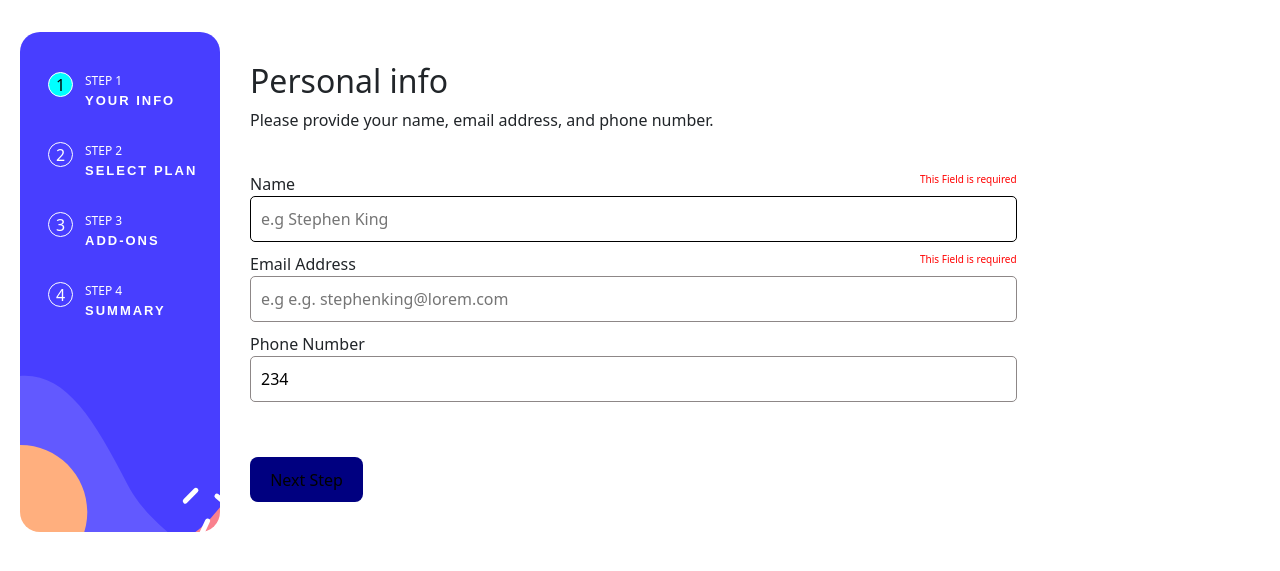
Repository: Celebration-cloud/Multi-Step-Form
Page: /
The author's editor kept a copy of each file at every save. The page is drawn from the files as they stood at one save, then again after a run of saves.
The browser window is 1280 px wide. The pictures show the whole page.
The project was rebuilt for these pictures with package versions that can differ from the ones it lists, and the page was loaded fresh each time. Also part of the build but not shown: vite.config.js, src/GoBack.jsx.

Above is the page before, as saved 2023-11-01 14:10:04.

### index.html
<!DOCTYPE html>
<html lang="en">
<head>
  <meta charset="UTF-8">
  <meta name="viewport" content="width=device-width, initial-scale=1.0"> <!-- displays site properly based on user's device -->

  <title>Multi-step form</title>
  <link href="https://cdn.jsdelivr.net/npm/bootstrap@5.0.2/dist/css/bootstrap.min.css" rel="stylesheet" integrity="sha384-EVSTQN3/azprG1Anm3QDgpJLIm9Nao0Yz1ztcQTwFspd3yD65VohhpuuCOmLASjC" crossorigin="anonymous">
  <!-- Feel free to remove these styles or customise in your own stylesheet 👍 -->
  <style>
    .attribution { font-size: 11px; text-align: center; }
    .attribution a { color: hsl(228, 45%, 44%); }
  </style>
</head>
<body>
  <div id="root"></div>
  <script src="https://cdn.jsdelivr.net/npm/@popperjs/core@2.9.2/dist/umd/popper.min.js" integrity="sha384-IQsoLXl5PILFhosVNubq5LC7Qb9DXgDA9i+tQ8Zj3iwWAwPtgFTxbJ8NT4GN1R8p" crossorigin="anonymous"></script>
  <script src="https://cdn.jsdelivr.net/npm/bootstrap@5.0.2/dist/js/bootstrap.min.js" integrity="sha384-cVKIPhGWiC2Al4u+LWgxfKTRIcfu0JTxR+EQDz/bgldoEyl4H0zUF0QKbrJ0EcQF" crossorigin="anonymous"></script>
  <script type="module" src="./src/main.jsx"></script>
</body>
</html>

### src/App.jsx
import { useState } from 'react'
import './App.css'
import "@fontsource/roboto/300.css";
import "@fontsource/roboto/400.css";
import "@fontsource/roboto/500.css";
import "@fontsource/roboto/700.css";
import Pagination from './Pagination/Pagination';
import Procedures from './Procedures/Procedures';
import { PersonalInfo, PickAddOns, SelectYourPlan } from "../src/Procedures/ProceduresList";


function App() {
  const [pages, setPages] = useState(1)
    const [pageDetail, setPageDetail] = useState([])

    const handleNext = () => {
        if(pages < 4)
        setPages(prev => prev + 1)
    }
    const handlePrev = () => {
        if(pages >= 1)
        setPages(prev => prev - 1)
    }
    const store = (slide1) => {
      setPageDetail(prev => [...prev, slide1])
    }
    const handleSubmit = (e, slide) => {
      e.preventDefault();
      handleNext()
      store(slide)
      console.log(pageDetail)
    };
    const slide = [
      <>
        <PersonalInfo store={store} handleSubmit={handleSubmit}/>
      </>,
      <>
        <SelectYourPlan />
      </>,
      <>
        <PickAddOns />
      </>,
    ];


  return (
    <div className="forming row">
      <div className="pagination col-md-2">
        <Pagination pages={pages} />
      </div>
      <div className="proceed col-sm-8">
        <Procedures
          handlePrev={handlePrev}
          handleSubmit={handleSubmit}
          slide={slide}
          pages={pages}
        />
      </div>
    </div>
  );
}

export default App

{/* <div>
     Sidebar start
    Step 1
  Your info

  Step 2
  Select plan

  Step 3
  Add-ons

  Step 4
  Summary

  Sidebar end

   Step 1 start

  Personal info
  Please provide your name, email address, and phone number.

  Name
  e.g. Stephen King

  Email Address
  e.g. stephenking@lorem.com

  Phone Number
  e.g. +1 234 567 890

  Next Step

  Step 1 end

   Step 2 start

  Select your plan
  You have the option of monthly or yearly billing.

  Arcade
  $9/mo

  Advanced
  $12/mo

  Pro
  $15/mo

  Monthly
  Yearly

  Go Back
  Next Step

  Step 2 end

   Step 3 start

  Pick add-ons
  Add-ons help enhance your gaming experience.

  Online service
  Access to multiplayer games
  +$1/mo

  Larger storage
  Extra 1TB of cloud save
  +$2/mo

  Customizable Profile
  Custom theme on your profile
  +$2/mo

  Go Back
  Next Step

   Step 3 end

  Step 4 start

  Finishing up
  Double-check everything looks OK before confirming.

   Dynamically add subscription and add-on selections here

  Total (per month/year)

  Go Back
  Confirm

   Step 4 end

  Step 5 start

  Thank you!

  Thanks for confirming your subscription! We hope you have fun
  using our platform. If you ever need support, please feel free
  to email us at support@loremgaming.com.

   Step 5 end
  </div> */}

### src/index.css
:root {
  font-family: Inter, system-ui, Avenir, Helvetica, Arial, sans-serif;
  line-height: 1.5;
  font-weight: 400;
  color-scheme: light dark;
  color: rgba(255, 255, 255, 0.87);
  background-color: #242424;

  font-synthesis: none;
  text-rendering: optimizeLegibility;
  -webkit-font-smoothing: antialiased;
  -moz-osx-font-smoothing: grayscale;
  -webkit-text-size-adjust: 100%;
}


a {
  font-weight: 500;
  color: #646cff;
  text-decoration: inherit;
}
a:hover {
  color: #535bf2;
}

body {
  margin: 0px;
  padding: 0px;
}

h1 {
  font-size: 3.2em;
  line-height: 1.1;
}

button {
  border-radius: 8px;
  border: 1px solid transparent;
  padding: 0.6em 1.2em;
  font-size: 1em;
  font-weight: 500;
  font-family: inherit;
  background-color: #1a1a1a;
  cursor: pointer;
  transition: border-color 0.25s;
}
button:hover {
  border-color: #646cff;
}
button:focus,
button:focus-visible {
  outline: 4px auto -webkit-focus-ring-color;
}

@media (prefers-color-scheme: light) {
  :root {
    color: #213547;
    background-color: #ffffff;
  }
  a:hover {
    color: #747bff;
  }
  button {
    background-color: #f9f9f9;
  }
}

### src/App.css
#root {
  padding: 2rem;
  height: 100vh;
}
.proceed{
  padding: 30px;
  height: 100%;
}

.pagination{
  width: 200px;
  height: 100%;
}
.forming{
  padding: 0px;
}
.row{
  --bs-gutter-x: 1.5rem;
}
@media (max-width: 770px) {
  #root{
    padding: 0rem;
    width: 100%;
  }
  .pagination{
    width: 100%;
  }
  .row{
    --bs-gutter-x: 0rem;
  }
}
.logo {
  height: 6em;
  padding: 1.5em;
  will-change: filter;
  transition: filter 300ms;
}
.logo:hover {
  filter: drop-shadow(0 0 2em #646cffaa);
}
.logo.react:hover {
  filter: drop-shadow(0 0 2em #61dafbaa);
}

@keyframes logo-spin {
  from {
    transform: rotate(0deg);
  }
  to {
    transform: rotate(360deg);
  }
}

@media (prefers-reduced-motion: no-preference) {
  a:nth-of-type(2) .logo {
    animation: logo-spin infinite 20s linear;
  }
}

.card {
  padding: 2em;
}

.read-the-docs {
  color: #888;
}

### src/Pagination/Pagination.jsx
/* eslint-disable react/prop-types */
import PaginationStep from "./PaginationStep";
import './Pagination.css'
function Pagination({pages}) {
  return (
    <>

      {PaginationStep?.map((item) => (
        <div className="pageStep row" key={item.id}>
          <div style={pages === item.number ? {backgroundColor: "aqua", color: "black"}: {}} className="pageNum col-1"><p>{item.number}</p></div>
          <div className="stepInfo col-9">
            <p className="steps" >STEP {item.step}</p>
            <p className="info">{item.info}</p>
          </div>
        </div>
      ))}
    </>
  );
}

export default Pagination;

### src/Procedures/Procedures.jsx
/* eslint-disable react/prop-types */
import { useState } from 'react';
import GoBack from '../GoBack';
import Submit from '../Submit';
function Procedures({handlePrev, handleSubmit, slide, pages}) {
  return (
    <form onSubmit={handleSubmit} className='forms'>
      {slide[pages - 1]}
      <div className="submitStyle">
        {pages > 1 && <GoBack handlePrev={handlePrev}/>}
        <Submit handleSubmit={handleSubmit}/>
      </div>
    </form>
  );
}

export default Procedures

### src/Procedures/ProceduresList.jsx
/* eslint-disable react/prop-types */
import './Procedures.css'
import selectPlan from './SelectPlan';
import ToggleButton from "@mui/material/ToggleButton";
import ToggleButtonGroup from "@mui/material/ToggleButtonGroup";
import { useState } from 'react';
function PersonalInfo({handleSubmit}) {
  const [personalData, setPersonalData] = useState({
    name: "",
    email: "",
    phoneNumber: Number(234),
  })
  const handlePersonalInfo = (e) => {
    const {name, value} = e.target
    setPersonalData(prev => {return {...prev, [name]: value}})
    const formData = {
      name: personalData.name,
      email: personalData.email,
      number: personalData.phoneNumber
    }
    handleSubmit(formData)

  }
  return (
    <div className="mobileTab">
      <h2 className="personalInfo">Personal info</h2>
      <p className="formDit">
        Please provide your name, email address, and phone number.
      </p>
      <br />
      <span
        style={{
          display: "flex",
          flexDirection: "row",
          justifyContent: "space-between",
        }}
      >

        <label className="inputs" htmlFor="name">
          Name
        </label>
        {personalData.name.length < 1 && (
          <span style={{ color: "red", fontSize: 10 }}>
            This Field is required
          </span>
        )}
      </span>
      <input
        style={onfocus ? personalData.name.length < 1 ? { border: "1px solid red" } : {} : { border: "1px solid "}}
        className="formInfo"
        id="name"
        name="name"
        value={personalData.name}
        onChange={handlePersonalInfo}
        required
        type="text"
        placeholder="e.g Stephen King"
      />
      <br />
      <span
        style={{
          display: "flex",
          flexDirection: "row",
          justifyContent: "space-between",
        }}
      >
        <label className="inputs" htmlFor="email">
          Email Address
        </label>
        {personalData.email.length < 1 && (
          <span style={{ color: "red", fontSize: 10 }}>
            This Field is required
          </span>
        )}
      </span>
      <input
        className="formInfo"
        id="email"
        name="email"
        type="email"
        value={personalData.email}
        onChange={handlePersonalInfo}
        required
        placeholder="e.g e.g. stephenking@lorem.com"
      />
      <br />
      <span
        style={{
          display: "flex",
          flexDirection: "row",
          justifyContent: "space-between",
        }}
      >
        <label className="inputs" htmlFor="phoneNumber">
          Phone Number
        </label>
        {personalData.phoneNumber.length < 1 && (
          <span style={{ color: "red", fontSize: 10 }}>
            This Field is required
          </span>
        )}
      </span>
      <input
        className="formInfo"
        id="phoneNumber"
        name="phoneNumber"
        value={personalData.phoneNumber}
        onChange={handlePersonalInfo}
        type="tel"
        required
        placeholder="e.g +1 234 567 890"
        maxLength={11}
      />
      <br />
    </div>
  );
}
function SelectYourPlan() {

  const [alignment, setAlignment] = useState("web");

  const handleChange = (event, newAlignment) => {
    setAlignment(newAlignment);
  };
    return (
      <div className='mobileTab'>
        <h2 className="planTitle">Select Your Plan</h2>
        <p className="formDit">
          You have the option of monthly or yearly billing.
        </p>
        {selectPlan.map((item) => (
          <ToggleButtonGroup
            className="planGap"
            key={item.id}
            color="primary"
            value={alignment}
            exclusive
            onChange={handleChange}
            aria-label="Platform"
          >
            <ToggleButton className="selectingPlan" value={item.title}>
              <div className="selectPlan">
                <img src={item.img} width="50px" alt="" />
                <div>
                  <h6>{item.title}</h6>
                  <span>
                    ${item.monthPrice}/{item.month}
                  </span>
                </div>
              </div>
            </ToggleButton>
          </ToggleButtonGroup>
        ))}
        <div className='monYr'>
          <span>Monthly</span>
          <label className="switch">
            <input type="checkbox" />
            <span className="slider"></span>
          </label>
          <span>Yearly</span>
        </div>
      </div>
    );
}
function PickAddOns() {
    return (
      <div className="mobileTab">
        <h2 className="planTitle">Pick add-ons</h2>
        <p className="formDit">Add-ons help enhance your gaming experience.</p>
      </div>
    );
}

export {PersonalInfo, SelectYourPlan, PickAddOns};

### src/Pagination/PaginationStep.jsx
import {v4 as uuid} from 'uuid'
const PaginationStep = [
  {
    id: uuid(),
    number: 1,
    step: 1,
    info: "YOUR INFO",
  },
  {
    id: uuid(),
    number: 2,
    step: 2,
    info: "SELECT PLAN",
  },
  {
    id: uuid(),
    number: 3,
    step: 3,
    info: "ADD-ONS",
  },
  {
    id: uuid(),
    number: 4,
    step: 4,
    info: "SUMMARY",
  },
];
export default PaginationStep

### src/Pagination/Pagination.css
.pagination{
    background-image: url(../../assets/images/bg-sidebar-desktop.svg);
    background-repeat: no-repeat;
    height: 500px;
    object-fit: contain;
    image-rendering: pixelated;
    display: flex;
    flex-direction: column;
    border-radius: 20px;
    padding: 40px;
    color: white;
}
@media (max-width: 770px) {
    .pagination{
        background-image: url(../../assets/images/bg-sidebar-mobile.svg);
        background-size: cover;
        flex-direction: row;
        height: 100%;
        justify-content: center;
        gap: 20px;
        border-radius: 0px;
    }
    .steps{
        display: none;
    }
    .info{
        display: none;
    }
}
.pageStep{
    margin-bottom: 20px;
}
.pageNum{
    width: 25px;
    height: 25px;
    padding: 0;
    margin: 0;
    border: 1px solid white;
    border-radius: 100%;
}
.pageNum p{
    text-align: center;
}
.stepInfo{
    display: flex;
    flex-direction: column;
    height: 50px;
}
.steps{
    font-weight: 100;
    font-size: 12px;
}
.info{
    font-family: 'Arial';
    font-size: small;
    font-weight: 700;
    letter-spacing: 2px;
    width: 150px;
    margin-top: -15px;
}

### src/Submit.jsx
/* eslint-disable react/prop-types */

function Submit({handleSubmit}) {
  return (
    <>
      <button onChange={handleSubmit} className="formBtn">Next Step</button>
    </>
  );
}

export default Submit

### src/Procedures/Procedures.css
.formInfo{
    width: 100%;
    background-color: transparent;
    border: 1.5px solid rgb(141, 135, 135);
    border-radius: 5px;
    padding: 10px;
    margin-bottom: 10px;
    color: black;
}

.formBtn{
    background-color: navy;
}
.submitStyle{
    display: flex;
    flex-direction: row;
    justify-content: space-between;
    height: 90px;
}
.backBtn{
    align-self: flex-end;
    background-color: transparent;
    color: black;
}
.backBtn:hover{
    color: navy;
}
.submitStyle .formBtn{
    align-self: flex-end;
}
.selectingPlan{
    width: 100%;
    height: 100%;
}
.planGap{
    margin: 5px;
    border-radius: 20px;
}
.selectPlan{
    text-align: left;
    width: 150px;
    height: 150px;
}
.selectPlan img{
    margin-bottom: 40px;
}
.switch {
 --button-width: 2.3em;
 --button-height: 1.3em;
 --toggle-diameter: 0.8em;
 --button-toggle-offset: calc((var(--button-height) - var(--toggle-diameter)) / 2);
 --toggle-shadow-offset: 10px;
 --toggle-wider: 3em;
 --color-grey: black;
 --color-green: black;
}

.slider {
    text-align: left;
 display: inline-block;
 width: var(--button-width);
 height: var(--button-height);
 background-color: var(--color-grey);
 border-radius: calc(var(--button-height) / 2);
 position: relative;
 transition: 0.3s all ease-in-out;
}

.slider::after {
 content: "";
 display: inline-block;
 width: var(--toggle-diameter);
 height: var(--toggle-diameter);
 background-color: #fff;
 border-radius: calc(var(--toggle-diameter) / 2);
 position: absolute;
 top: var(--button-toggle-offset);
 transform: translateX(var(--button-toggle-offset));
 box-shadow: var(--toggle-shadow-offset) 0 calc(var(--toggle-shadow-offset) * 4) rgba(0, 0, 0, 0.1);
 transition: 0.3s all ease-in-out;
}

.switch input[type="checkbox"]:checked + .slider {
 background-color: var(--color-green);
}

.switch input[type="checkbox"]:checked + .slider::after {
 transform: translateX(calc(var(--button-width) - var(--toggle-diameter) - var(--button-toggle-offset)));
 box-shadow: calc(var(--toggle-shadow-offset) * -1) 0 calc(var(--toggle-shadow-offset) * 4) rgba(0, 0, 0, 0.1);
}

.switch input[type="checkbox"] {
 display: none;
}

.switch input[type="checkbox"]:active + .slider::after {
 width: var(--toggle-wider);
}

.switch input[type="checkbox"]:checked:active + .slider::after {
 transform: translateX(calc(var(--button-width) - var(--toggle-wider) - var(--button-toggle-offset)));
}
.monYr{
    width: 100%;
    height: 70px;
    text-align: center;
    margin-top: 20px;
    margin-bottom: -10px;
    background-color: aliceblue;
    font-size: larger;
    font-family: 'Lucida Sans', 'Lucida Sans Regular', 'Lucida Grande', 'Lucida Sans Unicode', Geneva, Verdana, sans-serif;
    color: rgb(152, 166, 166);
    padding: 20px;
    display: flex;
    justify-content: center;
    gap: 15px;
}
@media (max-width: 903px) {
    .selectPlan{
        width: 100%;
    }
}
@media (max-width: 770px) {
    .mobileTab{
        margin: 10px;
        margin-top: -70px;
        background-color: #fff;
        border-radius: 10px;
        box-shadow: 5px;
        padding: 20px;
        margin-bottom: 50px;
    }
    .proceed{
        background-color: aliceblue;
        padding: 10px;
        width: 100vw;
        height: 100%;
        display: flex;
        flex-direction: column;
        justify-content: ;
    }
    .submitStyle{
        margin-top: 10px;
        background-color: white;
        height: 70px;
        padding: 15px;
        width: 100%;
        margin-left: -10px;
        position: absolute;
    }
    .selectPlan{
        width: 150px;
    }

}
@media (max-width: 480px) {
    .selectPlan{
        display: flex;
        height: 50px;
        gap: 10px;
        width: 65vw;
    }
    .selectPlan img{
    margin-bottom: 0px;
}
.monYr{
    border-radius: 10px;
    font-size: large;
}
}

### src/Procedures/SelectPlan.jsx
import Arcade from '../../assets/images/icon-arcade.svg'
import Advanced from '../../assets/images/icon-advanced.svg'
import Pro from '../../assets/images/icon-pro.svg'
import {v4 as uuid} from 'uuid'
const selectPlan = [
    {
      id: uuid(),
      img: Arcade,
      title: "Arcade",
      monthPrice: 9,
      yearPrice: 90,
      month: "mo",
      year: "yr"
    },
    {
      id: uuid(),
      img: Advanced,
      title: "Advanced",
      monthPrice: 12,
      yearPrice: 120,
      month: "mo",
      year: "yr"
    },
    {
      id: uuid(),
      img: Pro,
      title: "Pro",
      monthPrice: 15,
      yearPrice: 150,
      month: "mo",
      year: "yr"
    },
  ]

  export default selectPlan;

Loaded but not shown: src/main.jsx (common file)

After the next 3 saves:
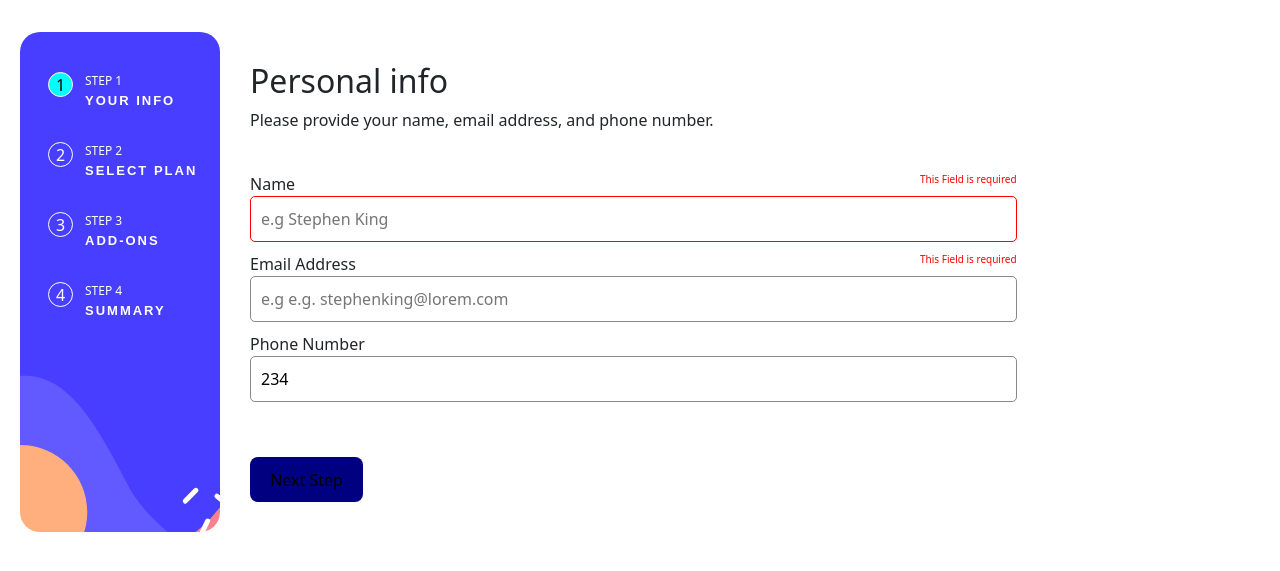
The 3 saves are shown as one change because 1 did not build or start and some came seconds apart.
The last was saved 26 s later.
--- a/src/Procedures/ProceduresList.jsx
+++ b/src/Procedures/ProceduresList.jsx
@@ -46,7 +46,7 @@ function PersonalInfo({handleSubmit}) {
         )}
       </span>
       <input
-        style={onfocus ? personalData.name.length < 1 ? { border: "1px solid red" } : {} : { border: "1px solid "}}
+        style={personalData.name.length < 1 ? { border: "1px solid red" } : {} }
         className="formInfo"
         id="name"
         name="name"
